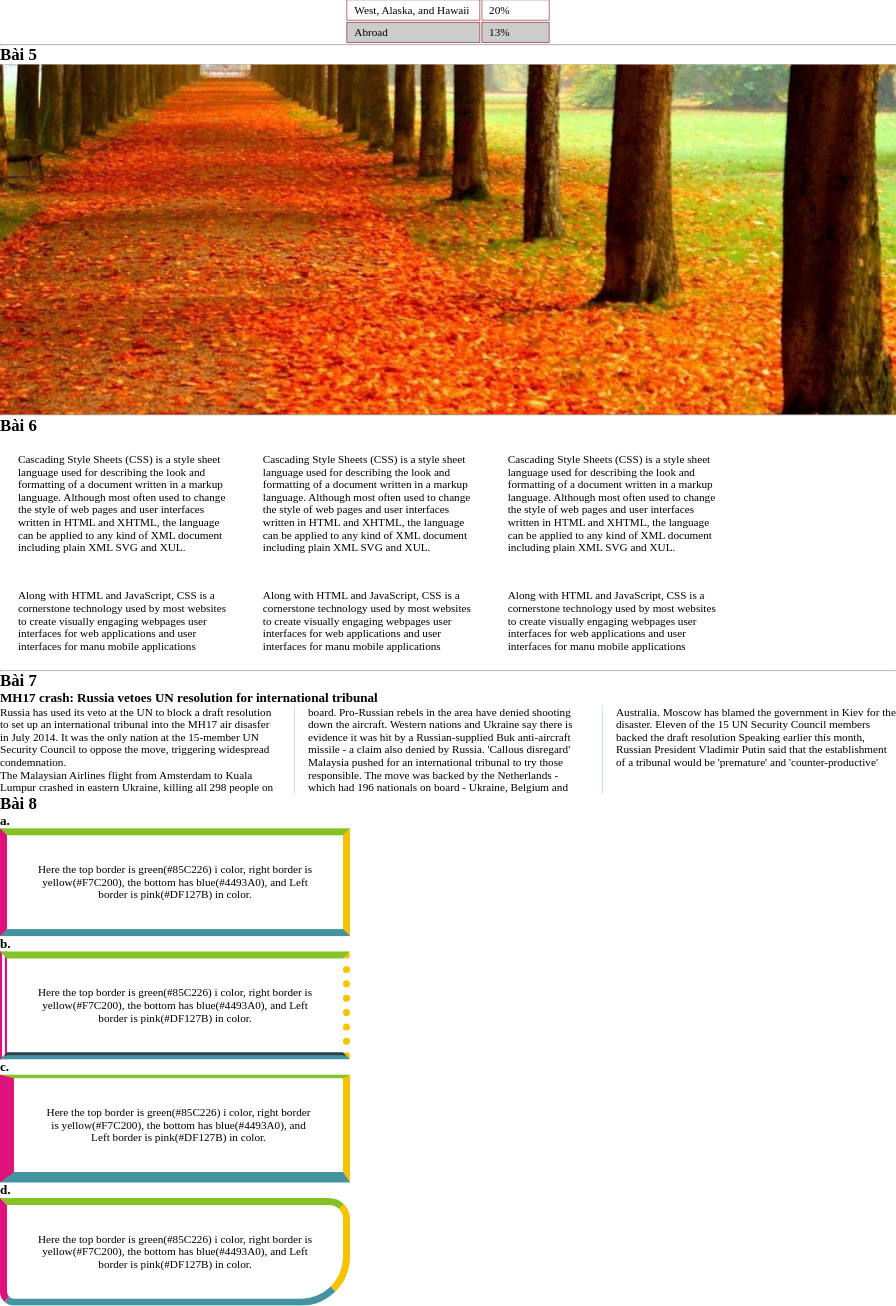
Repository: hoangnguyen1903/STT_21084321_NguyenHuyHoang_DHKHMT17B
Page: html/index.html
The author's editor kept a copy of each file at every save. The page is drawn from the files as they stood at one save, then again after the next save.
The browser window is 1280 px wide. The pictures show the part of the page from y = 1365 to 3285 px (the page is 3231 px tall before and 3285 px after), at 70% of full size.

Above is the page before, as saved 2023-03-03 14:44:29.

### html/index.html
<!DOCTYPE html>
<html lang="en">
  <head>
    <meta charset="UTF-8" />
    <meta http-equiv="X-UA-Compatible" content="IE=edge" />
    <meta name="viewport" content="width=device-width, initial-scale=1.0" />
    <title>CSS</title>

    <style>
      * {
        box-sizing: border-box;
        padding: 0;
        margin: 0;
      }
      #bai4 > table {
        font-family: "Trebuchet MS, Arial, Helvetica, sans-serif";
        margin: 0 auto;
      }

      #bai4 > h3 {
        color: #993738;
        text-align: center;
      }

      #bai4 > table > thead {
        color: #fff;
        background-color: #993738;
        text-align: left;
      }

      #bai4 > table > tbody > tr:nth-child(odd) {
        color: black;
        background-color: #ccc;
        text-align: left;
      }
      #bai4 > table > tbody > tr:nth-child(even) {
        color: black;
        text-align: left;
      }

      #bai4 > table > thead > tr > th,
      #bai4 > table > tbody > tr > td {
        border: 1px solid #993738;
        padding: 5px 10px;
      }

      #bai5 {
        width: 100%;
        height: 500px;
        background-image: url("../img/bg-1.jpg"), url("../img//bg-2.jpg");
        background-position: right bottom, left top;
        background-repeat: no-repeat, repeat;
      }

      #bai6,
      .row {
        width: 100%;
      }

      #bai6 > .row::before,
      #bai6 > .row::after {
        display: table;
        content: "";
      }

      #bai6 > .row::after {
        clear: both;
      }

      #bai6 > .row > .col1,
      #bai6 > .row > .col2,
      #bai6 > .row > .col3 {
        float: left;
        width: 25.3333%;
        margin: 1%;
        padding: 1%;
      }

      #bai7 > .newspaper {
        -webkit-column-count: 3;
        -moz-column-count: 3;
        column-count: 3;
        -webkit-column-gap: 40px;
        -moz-column-gap: 40px;
        column-gap: 40px;
        -webkit-column-rule-style: solid;
        -moz-column-rule-style: solid;
        column-rule-style: solid;
        -webkit-column-rule-width: 1px;
        -moz-column-rule-width: 1px;
        column-rule-width: 1px;
        -webkit-column-rule-color: lightblue;
        -moz-column-rule-color: lightblue;
        column-rule-color: lightblue;
      }

      #bai8 > .bai8a {
        width: 500px;
        padding: 40px;
        text-align: center;
        border-width: 10px;
        border-style: solid;
        border-color: #85c226 #f7c200 #4493a0 #df127b;
      }

      #bai8 > .bai8b {
        width: 500px;
        padding: 40px;
        text-align: center;
        border-width: 10px;
        border-style: solid dotted groove double;
        border-color: #85c226 #f7c200 #4493a0 #df127b;
      }

      #bai8 > .bai8c {
        width: 500px;
        padding: 40px;
        text-align: center;
        border-width: 5px 10px 15px 20px;
        border-style: solid;
        border-color: #85c226 #f7c200 #4493a0 #df127b;
      }

      #bai8 > .bai8d {
        width: 500px;
        padding: 40px;
        text-align: center;
        border-width: 10px;
        border-style: solid;
        border-color: #85c226 #f7c200 #4493a0 #df127b;
        border-radius: 0px 30px 70px 20px;
      }
    </style>
  </head>
  <body>
    <h2><b>Bài 2</b></h2>
    <div id="bai2">
      <p><i>a)</i></p>
      <div
        id="container"
        style="width: 500px; height: 300px; background-color: gray"
      >
        <h1>A simple div element.</h1>
      </div>
      <p style="text-indent: 1cm; color: red; text-align: justify">
        Thiết lập chế độ độ thụt đầu dòng cho 1 đoạn văn bản. Thuộc tính này có
        thể gán giá trị là tỉ lệ % hoặc một số cụ thể. Thiết lập chế độ độ thụt
        đầu dòng cho 1 đoạn văn bản. Thuộc tính này có thể gán giá trị là tỉ lệ
        % hoặc một số cụ thể.
      </p>
      <p style="text-align: right; color: blue">
        Thuộc tính text-align:right dùng để canh lề phải đoạn văn bản.
      </p>
      <p style="text-align: center; color: green">
        Thuộc tính text-align:center; dùng để canh giữa lề đoạn văn bản.
      </p>
      <p style="text-align: left; color: brown">
        Thuộc tính text-align:left; dùng để canh lề trái đoạn văn bản.
      </p>
      <p style="text-decoration: underline; color: pink">
        Thuộc tính text-decoration: underline; sẽ gạch dưới đoạn văn bản.
      </p>
      <p style="text-decoration: line-through; color: purple">
        Thuộc tính text-decoration: line-through; sẽ gạch ngang đoạn văn bản.
      </p>
      <p style="text-decoration: overline; color: red">
        Thuộc tính text-decoration: overline; sẽ gạch trên đoạn văn bản.
      </p>
      <p
        style="
          text-decoration: blink;
          text-align: justify;
          color: blue;
          text-shadow: 4px 4px 8px blue;
        "
      >
        Thuộc tính text-decoration: blink; sẽ tạo hiệu ứng blink cho đoạn văn
        bản + thuộc tính text-shadow: 4px 4px 8px blue; tạo bóng cho chữ.
      </p>
      <p><i>b)</i></p>
      <div>
        <span
          style="
            color: black;
            font-weight: bold;
            text-shadow: 1px -1px 2px rgba(238, 12, 106, 0.986);
          "
          >Colorful Style</span
        >
        <span
          style="
            color: #70085f;
            background: #f1c0db;
            padding: 5px 10px;
            font-weight: bold;
            text-shadow: #eb0bc5 1px 1px 0;
          "
          >Inset Effect</span
        >
        <span style="text-shadow: 0px -5px 0 #eb0bc5; font-weight: bold"
          >Double Font</span
        >
      </div>
      <div style="margin-top: 20px">
        <span
          style="
            color: rgb(175, 175, 48);
            text-shadow: 4px 2px 2px #fff;
            font-weight: bold;
          "
          >Glossy Style</span
        >
        <span
          style="
            color: red;
            background-color: black;
            padding: 5px 10px;
            font-weight: bold;
          "
          >Grunge Style</span
        >
        <span
          style="
            color: rgb(20, 122, 238);
            background-color: rgb(39, 5, 119);
            padding: 5px 10px;
            font-weight: bold;
          "
          >Neon Glow</span
        >
      </div>
      <div
        style="
          color: #fff;
          background-color: #70085f;
          text-align: center;
          padding: 5px 10px;
          margin-top: 20px;
          width: 300px;
        "
      >
        Cool CSS Text Effects
      </div>
    </div>
    <hr />
    <h2><b>Bài 3</b></h2>
    <table>
      <colgroup>
        <col span="6" style="background-color: blue" />
        <col span="6" style="background-color: blue" />
        <col span="2" style="background-color: green" />
        <col span="2" style="background-color: pink" />
        <col span="3" style="background-color: pink" />
      </colgroup>
      <tr style="background-color: #ccc">
        <th colspan="6">Transaction date</th>
        <th colspan="6">Payment type and details</th>
        <th colspan="2">Paid out</th>
        <th colspan="2">Paid in</th>
        <th colspan="3">Balance</th>
      </tr>

      <tr>
        <td colspan="6">12 Jun 09</td>
        <td colspan="6">Amazon.com</td>
        <td colspan="2">$49.99</td>
        <td colspan="2"></td>
        <td colspan="3">$8411.16</td>
      </tr>
      <tr>
        <td colspan="6">13 Jun 09</td>
        <td colspan="6">Total</td>
        <td colspan="2">$60.00</td>
        <td colspan="2"></td>
        <td colspan="3">$8351.16</td>
      </tr>
      <tr>
        <td colspan="6">14 Jun 09</td>
        <td colspan="6">Whole Foods</td>
        <td colspan="2">$75.28</td>
        <td colspan="2"></td>
        <td colspan="3">$8275.88</td>
      </tr>
      <tr>
        <td colspan="6">14 Jun 09</td>
        <td colspan="6">Visa Payment</td>
        <td colspan="2">$350.00</td>
        <td colspan="2"></td>
        <td colspan="3">$7925.88</td>
      </tr>
      <tr>
        <td colspan="6">15 Jun 09</td>
        <td colspan="6">Cheque 122501</td>
        <td colspan="2"></td>
        <td colspan="2">$1450.00</td>
        <td colspan="3">$9375.88</td>
      </tr>
      <tr>
        <td colspan="6">17 Jun 09</td>
        <td colspan="6">Murco</td>
        <td colspan="2">$60.00</td>
        <td colspan="2"></td>
        <td colspan="3">$9315.88</td>
      </tr>
      <tr>
        <td colspan="6">18 Jun 09</td>
        <td colspan="6">Wrox Press</td>
        <td colspan="2"></td>
        <td colspan="2">$1000.00</td>
        <td colspan="3">$10315.88</td>
      </tr>
      <tr>
        <td colspan="6">18 Jun 09</td>
        <td colspan="6">McLellans Bakery</td>
        <td colspan="2">$25.00</td>
        <td colspan="2"></td>
        <td colspan="3">$10290.88</td>
      </tr>
      <tr>
        <td colspan="6">18 Jun 09</td>
        <td colspan="6">Apple Store</td>
        <td colspan="2">$1350.00</td>
        <td colspan="2"></td>
        <td colspan="3">$8940.88</td>
      </tr>

      <tr style="background-color: #ccc">
        <td colspan="6"></td>
        <td colspan="6"></td>
        <td colspan="2">$1970.27</td>
        <td colspan="2">$2450.00</td>
        <td colspan="3">$8940.88</td>
      </tr>
    </table>
    <br />
    <table>
      <tr style="background-color: #ccc">
        <th colspan="6">Transaction date</th>
        <th colspan="6">Payment type and details</th>
        <th colspan="2">Paid out</th>
        <th colspan="2">Paid in</th>
        <th colspan="3">Balance</th>
      </tr>

      <tr>
        <td colspan="6">12 Jun 09</td>
        <td colspan="6">Amazon.com</td>
        <td colspan="2">$49.99</td>
        <td colspan="2"></td>
        <td colspan="3">$8411.16</td>
      </tr>
      <tr>
        <td colspan="6">13 Jun 09</td>
        <td colspan="6">Total</td>
        <td colspan="2">$60.00</td>
        <td colspan="2"></td>
        <td colspan="3">$8351.16</td>
      </tr>
      <tr>
        <td colspan="6">14 Jun 09</td>
        <td colspan="6">Whole Foods</td>
        <td colspan="2">$75.28</td>
        <td colspan="2"></td>
        <td colspan="3">$8275.88</td>
      </tr>
      <tr>
        <td colspan="6">14 Jun 09</td>
        <td colspan="6">Visa Payment</td>
        <td colspan="2">$350.00</td>
        <td colspan="2"></td>
        <td colspan="3">$7925.88</td>
      </tr>
      <tr>
        <td colspan="6">15 Jun 09</td>
        <td colspan="6">Cheque 122501</td>
        <td colspan="2"></td>
        <td colspan="2">$1450.00</td>
        <td colspan="3">$9375.88</td>
      </tr>
      <tr>
        <td colspan="6">17 Jun 09</td>
        <td colspan="6">Murco</td>
        <td colspan="2">$60.00</td>
        <td colspan="2"></td>
        <td colspan="3">$9315.88</td>
      </tr>
      <tr>
        <td colspan="6">18 Jun 09</td>
        <td colspan="6">Wrox Press</td>
        <td colspan="2"></td>
        <td colspan="2">$1000.00</td>
        <td colspan="3">$10315.88</td>
      </tr>
      <tr>
        <td colspan="6">18 Jun 09</td>
        <td colspan="6">McLellans Bakery</td>
        <td colspan="2">$25.00</td>
        <td colspan="2"></td>
        <td colspan="3">$10290.88</td>
      </tr>
      <tr>
        <td colspan="6">18 Jun 09</td>
        <td colspan="6">Apple Store</td>
        <td colspan="2">$1350.00</td>
        <td colspan="2"></td>
        <td colspan="3">$8940.88</td>
      </tr>

      <tr style="background-color: #ccc">
        <td colspan="6"></td>
        <td colspan="6"></td>
        <td colspan="2">$1970.27</td>
        <td colspan="2">$2450.00</td>
        <td colspan="3">$8940.88</td>
      </tr>
    </table>
    <hr />
    <h2><b>Bài 4</b></h2>
    <div id="bai4">
      <h3>Exercise</h3>
      <table>
        <thead>
          <tr>
            <th span="12">Region</th>
            <th span="8">Percentage</th>
          </tr>
        </thead>
        <tbody>
          <tr>
            <td span="12">New England</td>
            <td span="8">12%</td>
          </tr>
          <tr>
            <td span="12">Mid-Alantic</td>
            <td span="8">19%</td>
          </tr>
          <tr>
            <td span="12">Soutd and Puerto Rico</td>
            <td span="8">15%</td>
          </tr>
          <tr>
            <td span="12">Midwest and Plains States</td>
            <td span="8">12%</td>
          </tr>
          <tr>
            <td span="12">Southwest and Mountain</td>
            <td span="8">20%</td>
          </tr>
          <tr>
            <td span="12">West, Alaska, and Hawaii</td>
            <td span="8">20%</td>
          </tr>
          <tr>
            <td span="12">Abroad</td>
            <td span="8">13%</td>
          </tr>
        </tbody>
      </table>
    </div>
    <hr />
    <h2><b>Bài 5</b></h2>
    <div id="bai5"></div>
    <hr />
    <h2><b>Bài 6</b></h2>
    <div id="bai6">
      <div class="row">
        <div class="col1">
          <p>
            Cascading Style Sheets (CSS) is a style sheet language used for
            describing the look and formatting of a document written in a markup
            language. Although most often used to change the style of web pages
            and user interfaces written in HTML and XHTML, the language can be
            applied to any kind of XML document including plain XML SVG and XUL.
          </p>
        </div>
        <div class="col2">
          <p>
            Cascading Style Sheets (CSS) is a style sheet language used for
            describing the look and formatting of a document written in a markup
            language. Although most often used to change the style of web pages
            and user interfaces written in HTML and XHTML, the language can be
            applied to any kind of XML document including plain XML SVG and XUL.
          </p>
        </div>
        <div class="col3">
          <p>
            Cascading Style Sheets (CSS) is a style sheet language used for
            describing the look and formatting of a document written in a markup
            language. Although most often used to change the style of web pages
            and user interfaces written in HTML and XHTML, the language can be
            applied to any kind of XML document including plain XML SVG and XUL.
          </p>
        </div>
      </div>
      <div class="row">
        <div class="col1">
          <p>
            Along with HTML and JavaScript, CSS is a cornerstone technology used
            by most websites to create visually engaging webpages user
            interfaces for web applications and user interfaces for manu mobile
            applications
          </p>
        </div>
        <div class="col2">
          <p>
            Along with HTML and JavaScript, CSS is a cornerstone technology used
            by most websites to create visually engaging webpages user
            interfaces for web applications and user interfaces for manu mobile
            applications
          </p>
        </div>
        <div class="col3">
          <p>
            Along with HTML and JavaScript, CSS is a cornerstone technology used
            by most websites to create visually engaging webpages user
            interfaces for web applications and user interfaces for manu mobile
            applications
          </p>
        </div>
      </div>
    </div>
    <hr />
    <h2><b>Bài 7</b></h2>
    <div id="bai7">
      <h3>
        <b
          >MH17 crash: Russia vetoes UN resolution for international tribunal</b
        >
      </h3>
      <div class="newspaper">
        <p>
          Russia has used its veto at the UN to block a draft resolution to set
          up an international tribunal into the MH17 air disasfer in July 2014.
          It was the only nation at the 15-member UN Security Council to oppose
          the move, triggering widespread condemnation.
        </p>
        <p>
          The Malaysian Airlines flight from Amsterdam to Kuala Lumpur crashed
          in eastern Ukraine, killing all 298 people on board. Pro-Russian
          rebels in the area have denied shooting down the aircraft. Western
          nations and Ukraine say there is evidence it was hit by a
          Russian-supplied Buk anti-aircraft missile - a claim also denied by
          Russia. 'Callous disregard'
        </p>
        <p>
          Malaysia pushed for an international tribunal to try those
          responsible. The move was backed by the Netherlands - which had 196
          nationals on board - Ukraine, Belgium and Australia. Moscow has blamed
          the government in Kiev for the disaster. Eleven of the 15 UN Security
          Council members backed the draft resolution Speaking earlier this
          month, Russian President Vladimir Putin said that the establishment of
          a tribunal would be 'premature' and 'counter-productive'
        </p>
      </div>
    </div>
    <h2><b>Bài 8</b></h2>
    <div id="bai8">
      <h3><b>a.</b></h3>
      <div class="bai8a">
        Here the top border is green(#85C226) i color, right border is
        yellow(#F7C200), the bottom has blue(#4493A0), and Left border is
        pink(#DF127B) in color.
      </div>
      <h3><b>b.</b></h3>
      <div class="bai8b">
        Here the top border is green(#85C226) i color, right border is
        yellow(#F7C200), the bottom has blue(#4493A0), and Left border is
        pink(#DF127B) in color.
      </div>
      <h3><b>c.</b></h3>
      <div class="bai8c">
        Here the top border is green(#85C226) i color, right border is
        yellow(#F7C200), the bottom has blue(#4493A0), and Left border is
        pink(#DF127B) in color.
      </div>
      <h3><b>d.</b></h3>
      <div class="bai8d">
        Here the top border is green(#85C226) i color, right border is
        yellow(#F7C200), the bottom has blue(#4493A0), and Left border is
        pink(#DF127B) in color.
      </div>
    </div>
  </body>
</html>

After the next save:
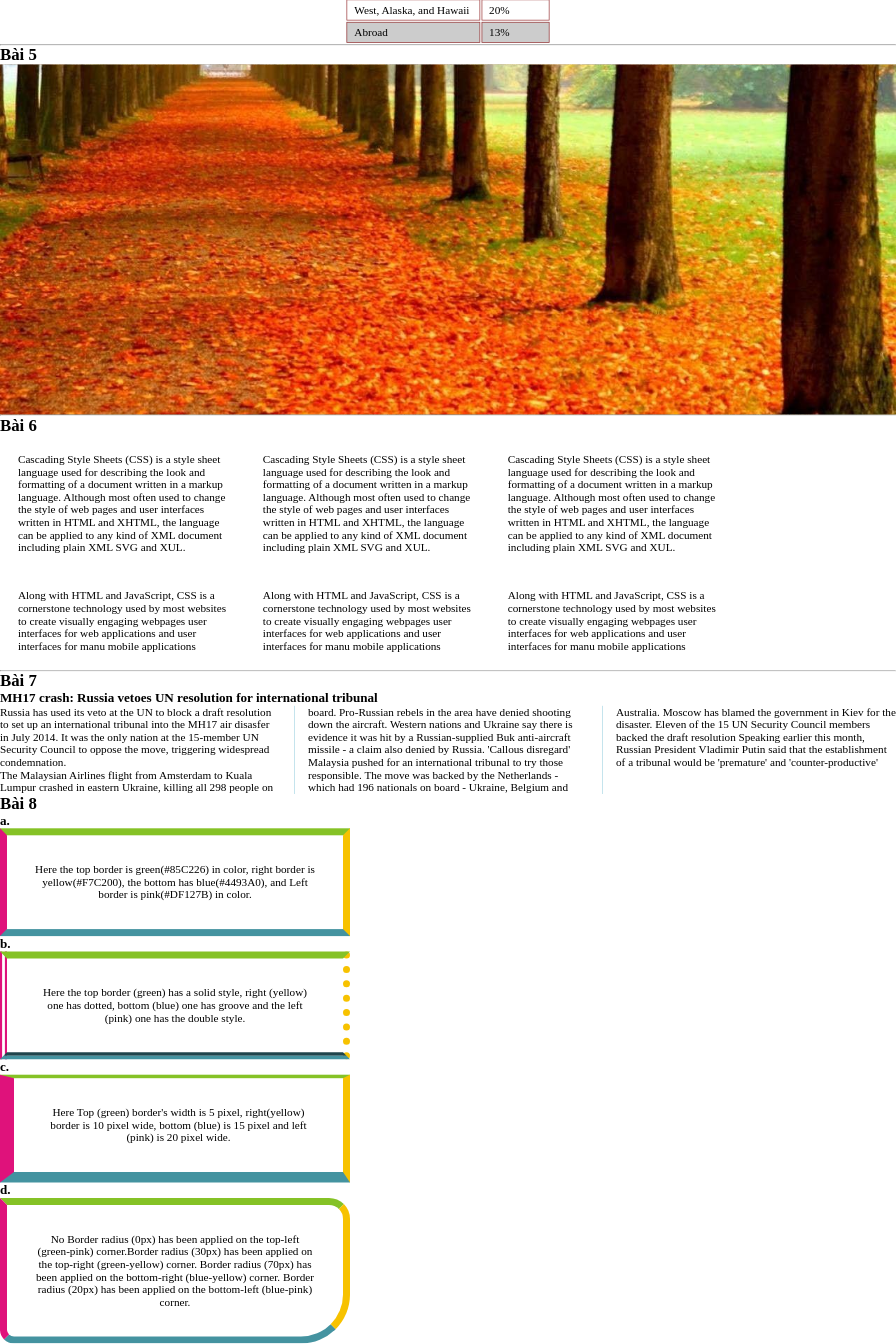
Saved 5 min 49 s later.
--- a/html/index.html
+++ b/html/index.html
@@ -557,27 +557,28 @@
     <div id="bai8">
       <h3><b>a.</b></h3>
       <div class="bai8a">
-        Here the top border is green(#85C226) i color, right border is
+        Here the top border is green(#85C226) in color, right border is
         yellow(#F7C200), the bottom has blue(#4493A0), and Left border is
         pink(#DF127B) in color.
       </div>
       <h3><b>b.</b></h3>
       <div class="bai8b">
-        Here the top border is green(#85C226) i color, right border is
-        yellow(#F7C200), the bottom has blue(#4493A0), and Left border is
-        pink(#DF127B) in color.
+        Here the top border (green) has a solid style, right (yellow) one has
+        dotted, bottom (blue) one has groove and the left (pink) one has the
+        double style.
       </div>
       <h3><b>c.</b></h3>
       <div class="bai8c">
-        Here the top border is green(#85C226) i color, right border is
-        yellow(#F7C200), the bottom has blue(#4493A0), and Left border is
-        pink(#DF127B) in color.
+        Here Top (green) border's width is 5 pixel, right(yellow) border is 10
+        pixel wide, bottom (blue) is 15 pixel and left (pink) is 20 pixel wide.
       </div>
       <h3><b>d.</b></h3>
       <div class="bai8d">
-        Here the top border is green(#85C226) i color, right border is
-        yellow(#F7C200), the bottom has blue(#4493A0), and Left border is
-        pink(#DF127B) in color.
+        No Border radius (0px) has been applied on the top-left (green-pink)
+        corner.Border radius (30px) has been applied on the top-right
+        (green-yellow) corner. Border radius (70px) has been applied on the
+        bottom-right (blue-yellow) corner. Border radius (20px) has been applied
+        on the bottom-left (blue-pink) corner.
       </div>
     </div>
   </body>
